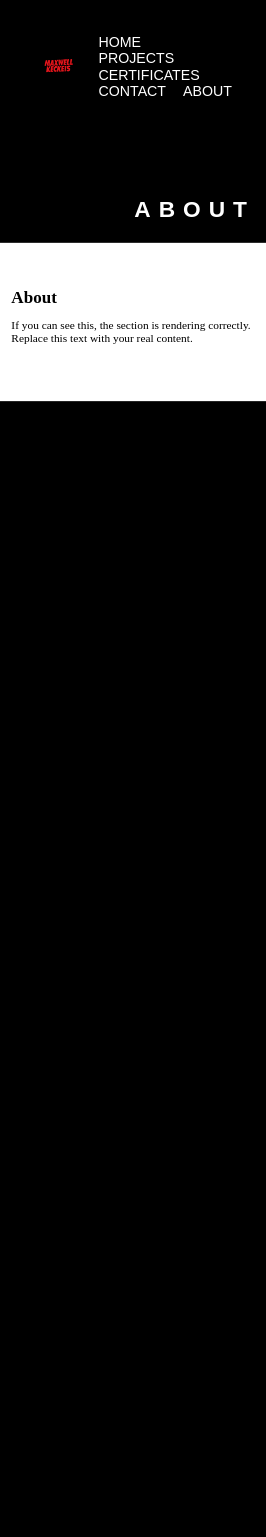
Repository: Maxwell-Keckeis/Maxwell-Keckeis.github.io
Page: about.html
The author's editor kept a copy of each file at every save. The page is drawn from the files as they stood at one save, then again after the next save.
The browser window is 375 px wide. The pictures show the whole page, at 71% of full size.
Some web fonts or font styles are not loaded; a fallback is used.

Above is the page before, as saved 2026-02-06 16:22:49.

After the next save:
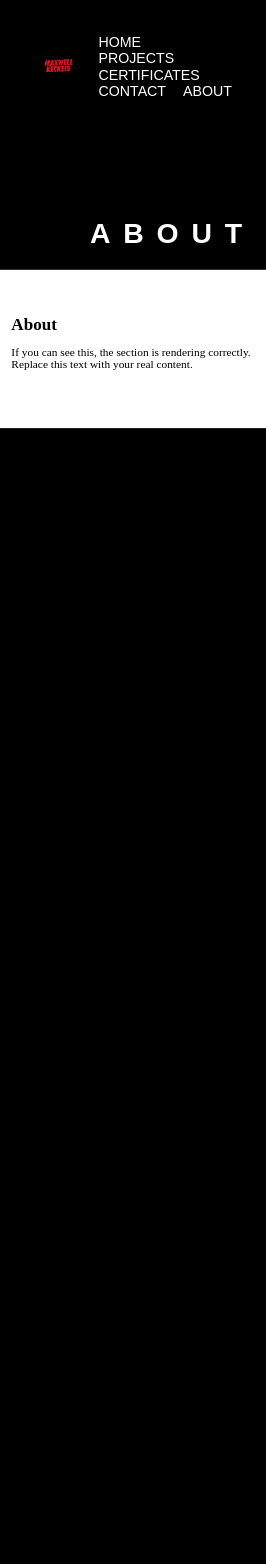
Saved 11 s later.
--- a/css/styles.css
+++ b/css/styles.css
@@ -183,8 +183,3 @@
   letter-spacing: 0.45em;
   text-transform: uppercase;
 }
-
-@media (max-width: 600px){
-  :root{ --title-band-gap: 90px; }
-  .title-band__title{ font-size: 32px; letter-spacing: 0.35em; }
-}
